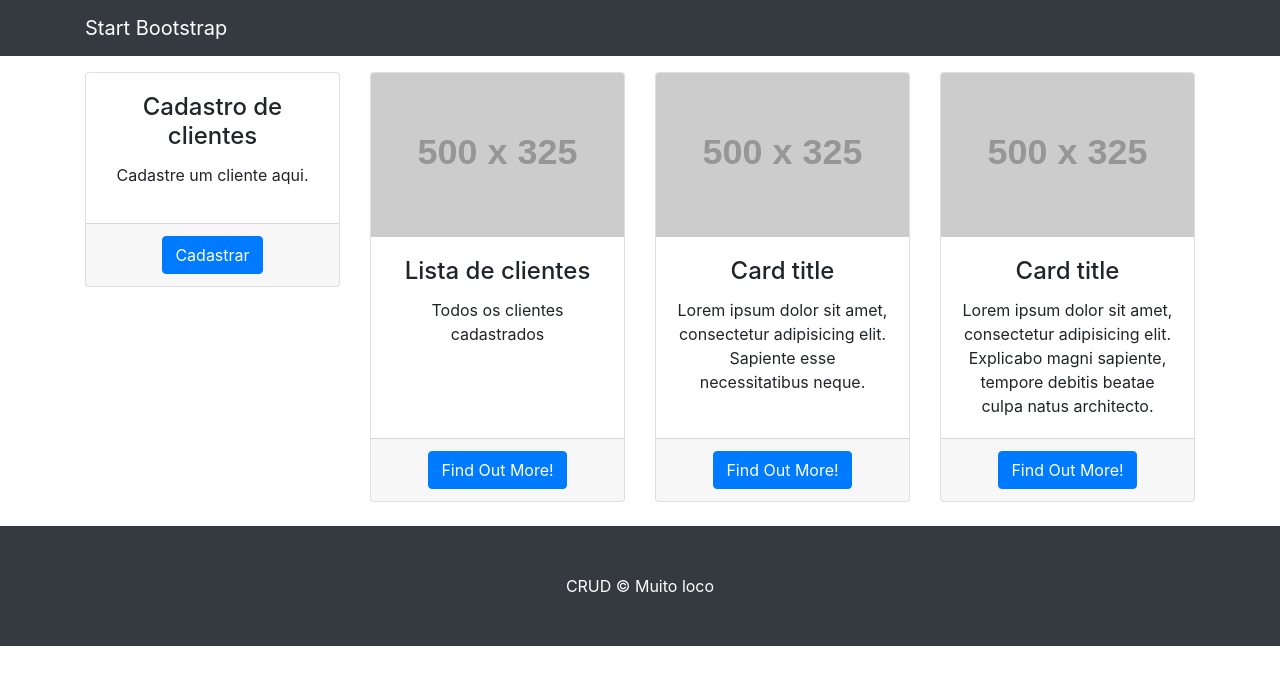
Repository: LucasMontalvao/PHPDACS2020
Page: projeto/site/index.html
The author's editor kept a record of every edit. The page is drawn from the files as they stood at one moment, then again after the next edit.
The browser window is 1280 px wide. The pictures show the whole page.

Above is the page before.

After the next edit:
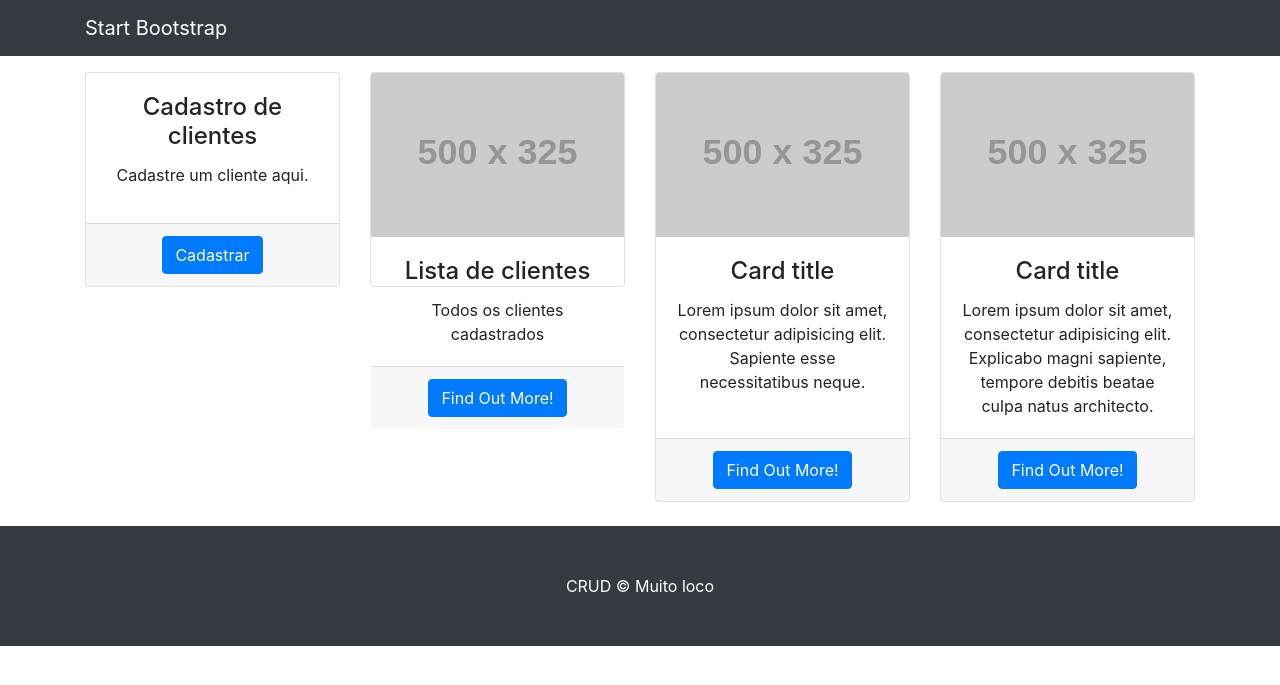
The edit:
--- a/projeto/site/index.html
+++ b/projeto/site/index.html
@@ -68,7 +68,7 @@
       </div>
 
       <div class="col-lg-3 col-md-6 mb-4">
-        <div class="card h-100">
+        <div class="card h-50">
           <img class="card-img-top" src="http://placehold.it/500x325" alt="">
           <div class="card-body">
             <h4 class="card-title">Lista de clientes</h4>
